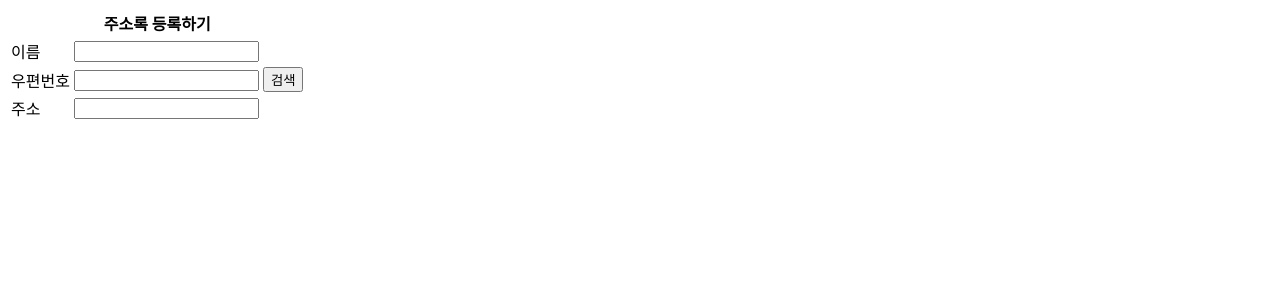
Repository: BosuMamemon/JSP_work
Page: http://localhost/JSP_Project/address/02-28 insert.jsp
The author's editor kept a copy of each file at every save. The page is drawn from the files as they stood at one save, then again after the next save.
The browser window is 1280 px wide. The pictures show the whole page.
The page is served by Tomcat 9.

Above is the page before, as saved 2025-02-28 01:10:53.

After the next save:
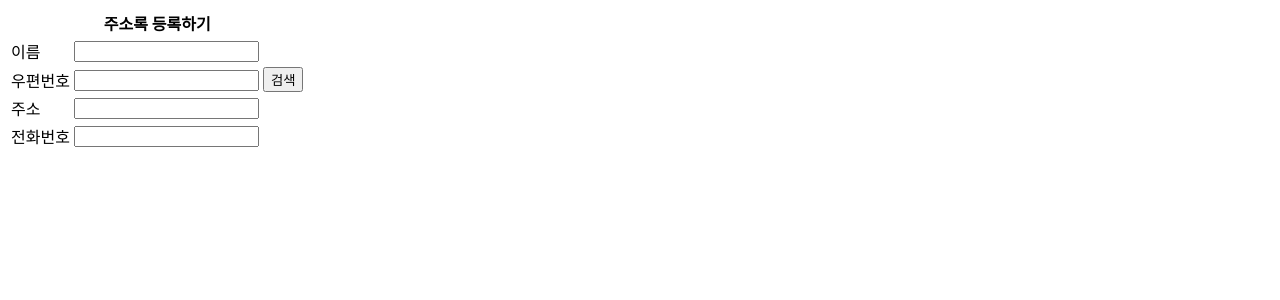
Saved 31 s later.
--- a/workspace/JSP_Project/src/main/webapp/address/02-28 insert.jsp
+++ b/workspace/JSP_Project/src/main/webapp/address/02-28 insert.jsp
@@ -29,8 +29,8 @@
 					<td><input type="text" name="address" id="address"></td>
 				</tr>
 				<tr>
-					<td></td>
-					<td></td>
+					<td>전화번호</td>
+					<td><input type="tel" name="tel" id="tel"></td>
 				</tr>
 				<tr>
 					<td></td>
